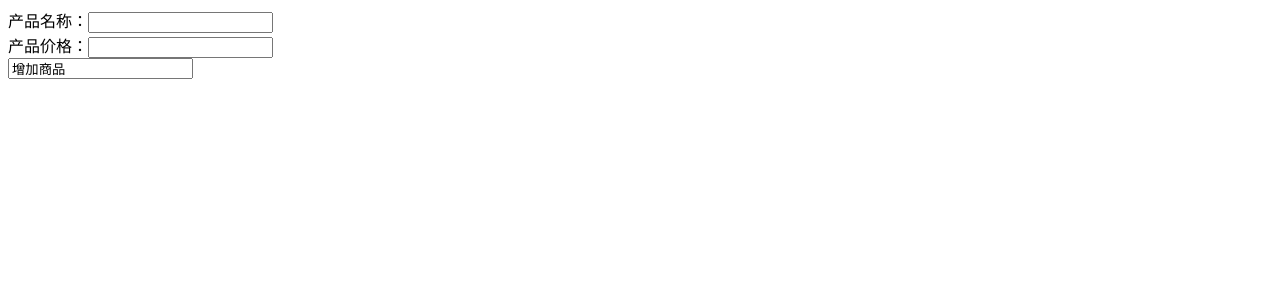
Repository: caoxx123/springmvc
Page: http://localhost/springmvc/addProduct.jsp
The author's editor kept a copy of each file at every save. The page is drawn from the files as they stood at one save, then again after the next save.
The browser window is 1280 px wide. The pictures show the whole page.
The page is served by Tomcat 9. Other server files are loaded and not shown.

Above is the page before, as saved 2019-04-11 07:31:30.

### springmvc/WebContent/addProduct.jsp
<%@ page language="java" contentType="text/html; charset=UTF-8"
    pageEncoding="UTF-8" import="java.util.*" isELIgnored="false"%>
<form action="addProduct">
产品名称：<input type="text" name="name" value=""></br>
产品价格：<input type="text" name="price" value=""></br>
<input type="sbumit" value="增加商品">
</form>

After the next save:
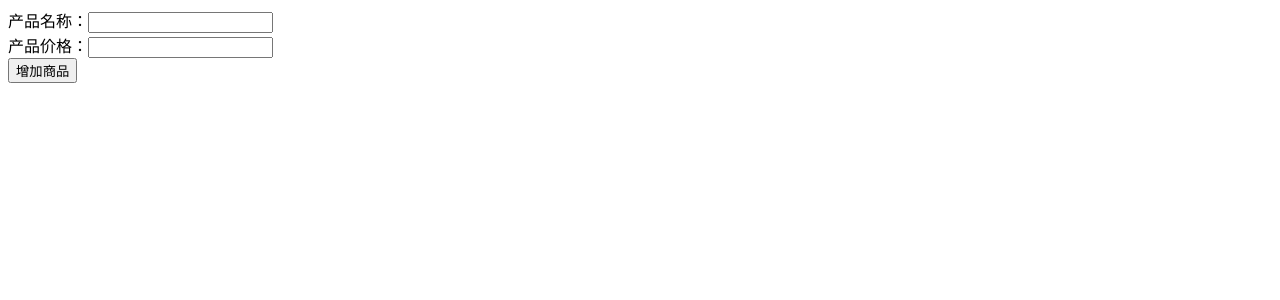
Saved 94 s later.
--- a/springmvc/WebContent/addProduct.jsp
+++ b/springmvc/WebContent/addProduct.jsp
@@ -3,5 +3,5 @@
 <form action="addProduct">
 产品名称：<input type="text" name="name" value=""></br>
 产品价格：<input type="text" name="price" value=""></br>
-<input type="sbumit" value="增加商品">
+<input type="submit" value="增加商品">
 </form>
